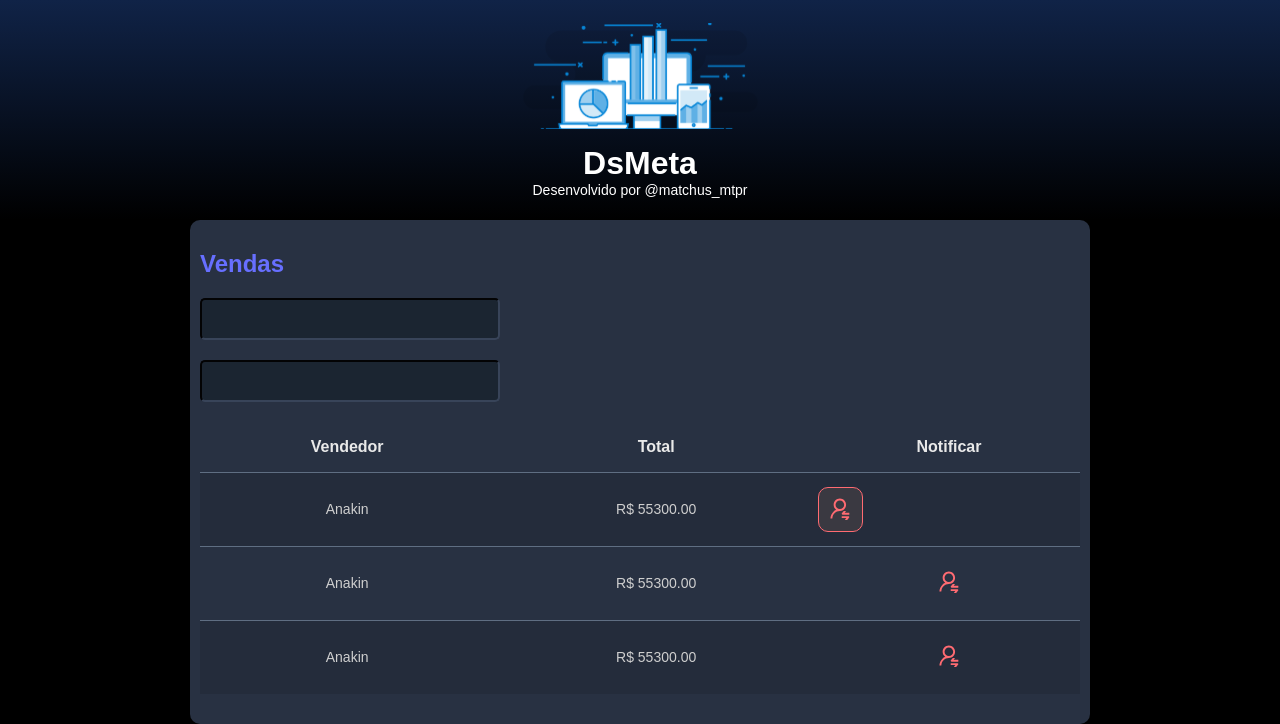
Repository: MatheusAlvesPereiraRosa/ds-meta
Page: index.html
These files come from the project's save history. The page is drawn as it stood at one moment and after the next save; the edit follows.
The browser window is 1280 px wide. The pictures show the whole page.

Above is the page before, as saved 2022-09-05 17:07:39.

After the next save:
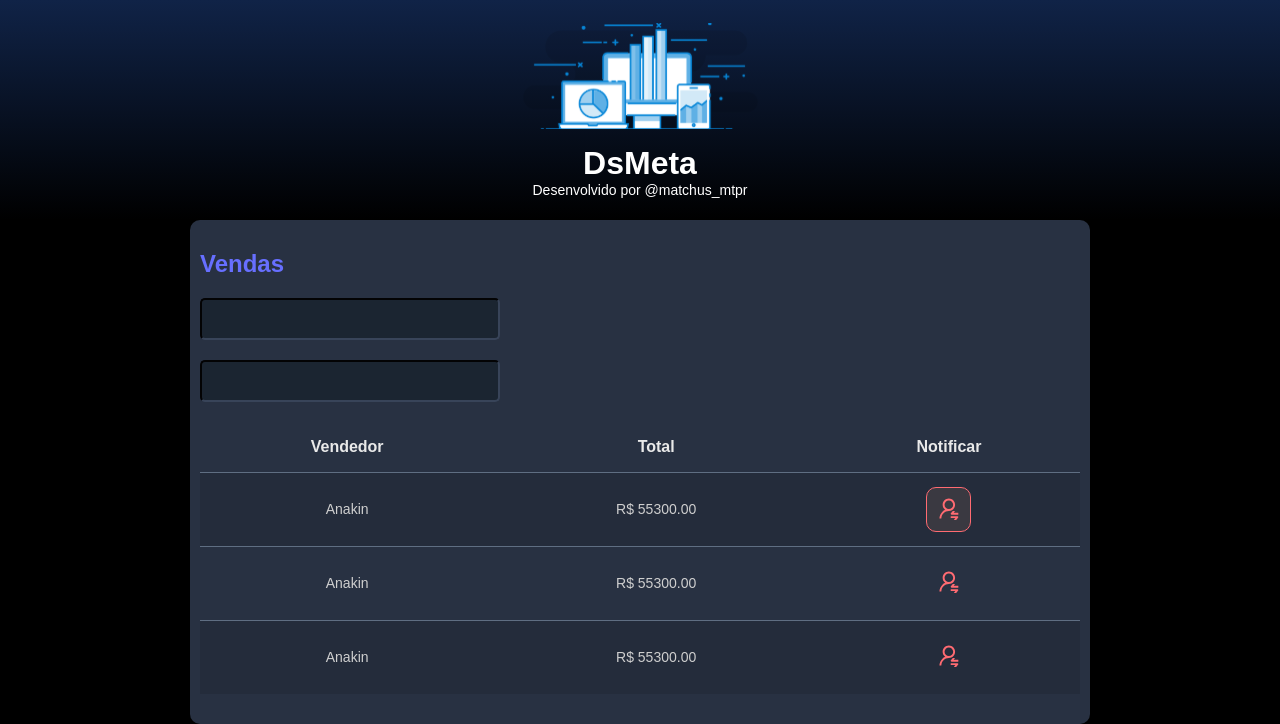
Saved 37 s later.
--- a/index.html
+++ b/index.html
@@ -49,7 +49,7 @@
                     <td>Anakin</td>
                     <td>R$ 55300.00</td>
                     <td>
-                      <div>
+                      <div class="dsmeta-red-btn-container">
                         <div class="dsmeta-red-btn">
                           <img src="icone.svg" alt="Notificar" />
                         </div>
--- a/styles.css
+++ b/styles.css
@@ -111,6 +111,11 @@ a, a:hover, a:visited {
     background-color: #384459;
 }
 
+.dsmeta-red-btn-container {
+    display: flex;
+    justify-content: center;
+}
+
 .dsmeta-red-btn {
     height: 45px;
     width: 45px;
